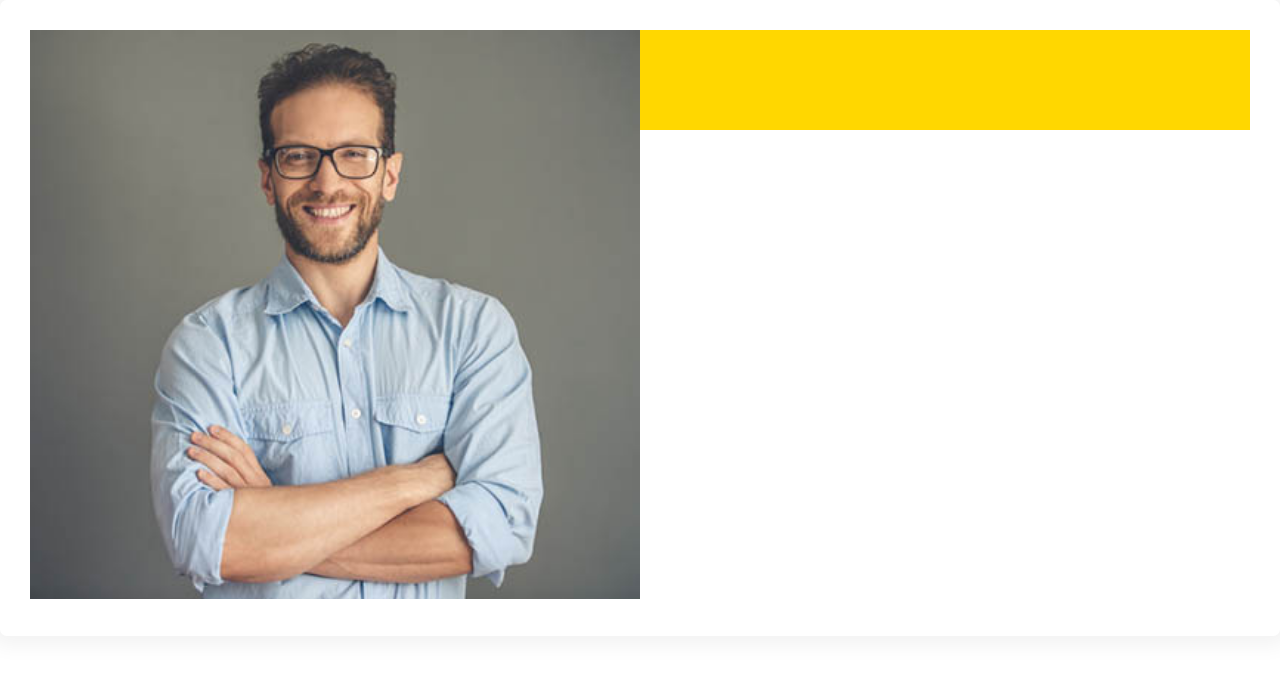
Repository: LeonUIO/first_website
Page: index.html
The author's editor kept a copy of each file at every save. The page is drawn from the files as they stood at one save, then again after the next save.
The browser window is 1280 px wide. The pictures show the whole page.

Above is the page before, as saved 2021-04-05 12:30:30.

After the next save:
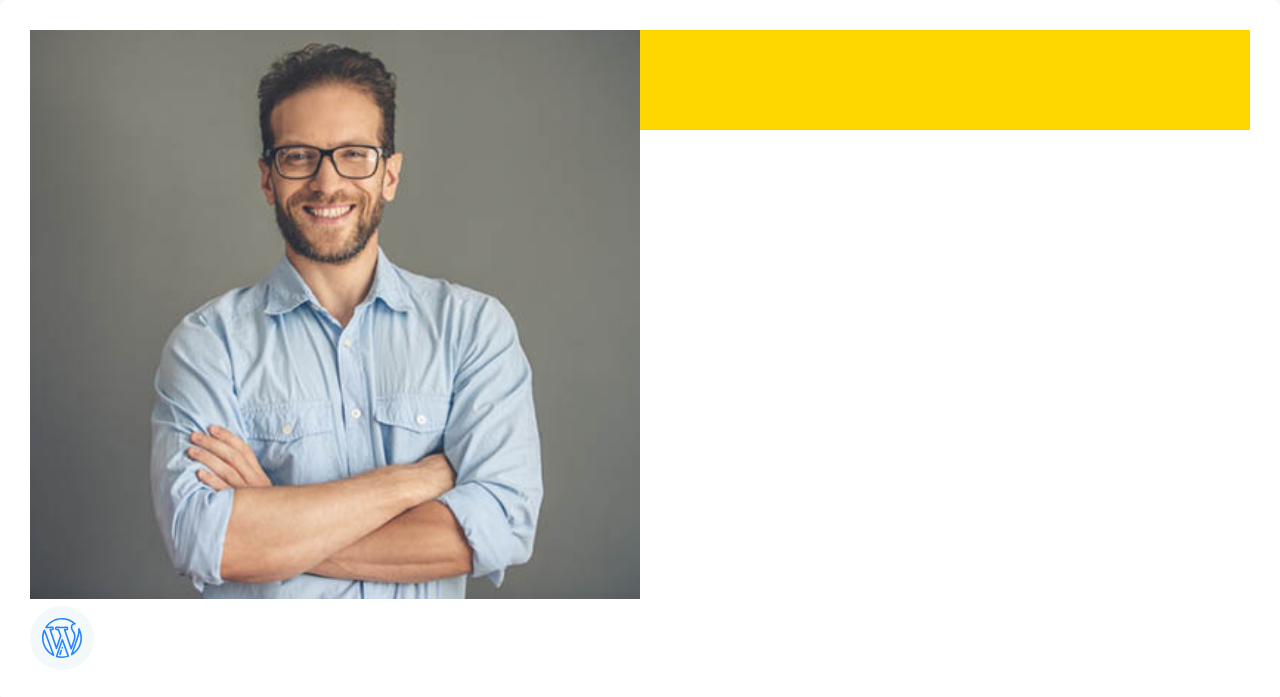
Saved 10 s later.
--- a/index.html
+++ b/index.html
@@ -15,11 +15,12 @@
     <div class="card testimonial">
       <div class="grid grid--cols-2">
         <div class="testimonial__image">
-          <img
-            src="./images/testimonial.jpg"
-            alt="A happy man."
-          />
-
+          <img src="./images/testimonial.jpg" alt="A happy man." />
+          <span class="icon-container">
+            <svg class="icon icon--primary">
+              <use xlink:href="images/sprite.svg#wordpress"></use>
+            </svg>
+          </span>
         </div>
         <div style="height: 100px; background: gold"></div>
       </div>
